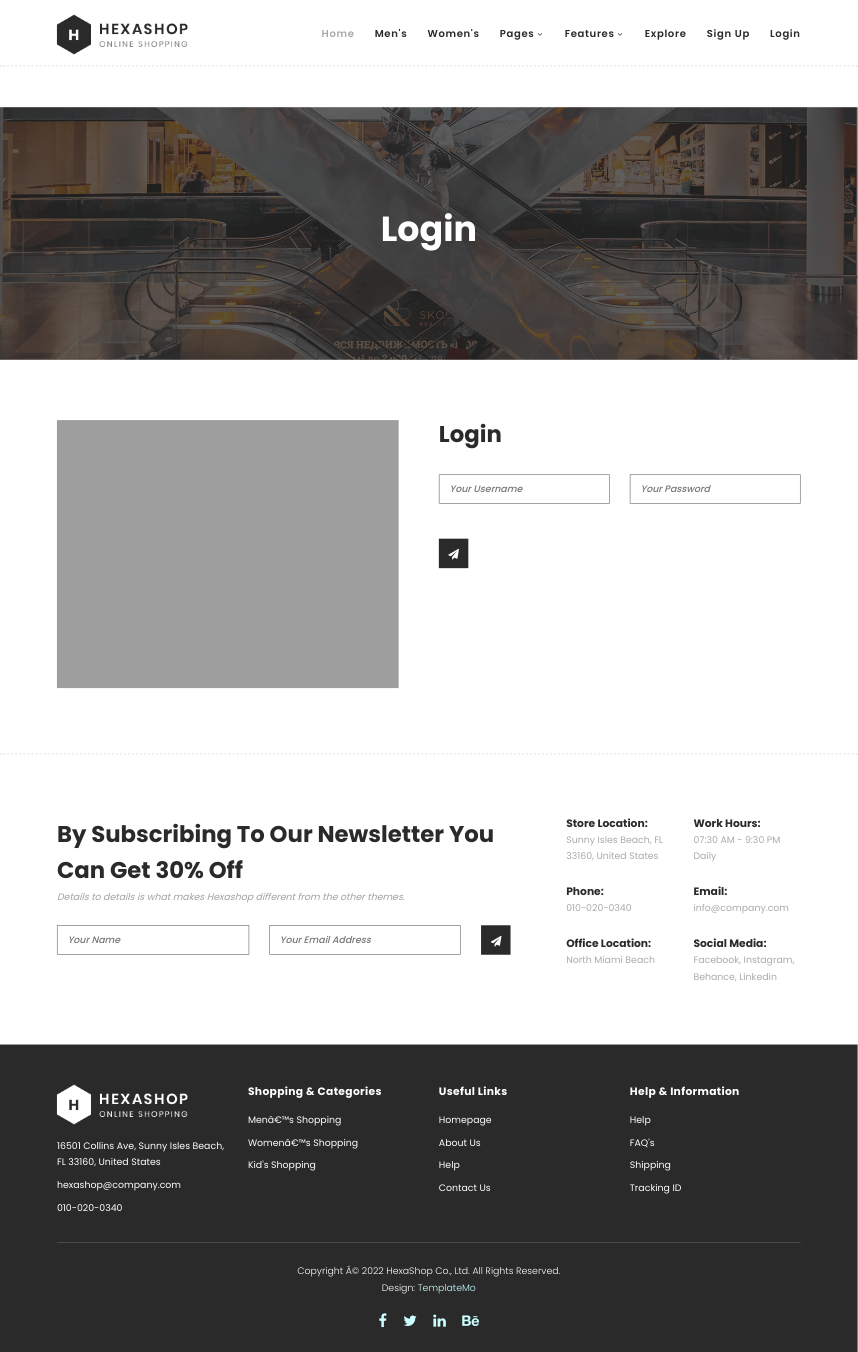
Repository: anmoltrivedi2111/JAVA
Page: http://localhost/HexaShop/login.jsp
An editor plug-in stored every save of this project. The page is shown before and after the next save, followed by the edit.
The browser window is 1280 px wide. The pictures show the whole page, at 67% of full size.
Pictures or frames that could not be fetched are drawn as grey boxes. The page is served by Tomcat 9. Other server files are loaded and not shown.

Above is the page before, as saved 2025-05-21 05:44:15.
Console error: TypeError: Cannot read properties of undefined (reading 'top')

### eclipse-workspace/HexaShop/src/main/webapp/login.jsp
<!DOCTYPE html>
<html lang="en">

<%@ include file="header.jsp" %>

    <!-- ***** Main Banner Area Start ***** -->
    <div class="page-heading about-page-heading" id="top">
        <div class="container">
            <div class="row">
                <div class="col-lg-12">
                    <div class="inner-content">
                        <h2>Login</h2>

                    </div>
                </div>
            </div>
        </div>
    </div>
    <!-- ***** Main Banner Area End ***** -->

    <!-- ***** Contact Area Starts ***** -->
    <div class="contact-us">
        <div class="container">
            <div class="row">
                <div class="col-lg-6">
                    <div id="map">
                      <iframe src="https://www.google.com/maps/embed?pb=!1m18!1m12!1m3!1d90186.37207676383!2d-80.13495239500924!3d25.9317678710111!2m3!1f0!2f0!3f0!3m2!1i1024!2i768!4f13.1!3m3!1m2!1s0x88d9ad1877e4a82d%3A0xa891714787d1fb5e!2sPier%20Park!5e1!3m2!1sen!2sth!4v1637512439384!5m2!1sen!2sth" width="100%" height="400px" frameborder="0" style="border:0" allowfullscreen></iframe>
                      <!-- You can simply copy and paste "Embed a map" code from Google Maps for any location. -->

                    </div>
                </div>
                <div class="col-lg-6">
                    <div class="section-heading">
                        <h2>Login</h2>

                    </div>
                    <form id="contact" action="" method="post">
                        <div class="row">

                             <div class="col-lg-6">
                            <fieldset>
                              <input name="unm" type="text" id="email" placeholder="Your Username" required="">
                            </fieldset>
                            </div>
                            <br><br><br><br>
                             <div class="col-lg-6">
                            <fieldset>
                              <input name="pw" type="password" id="email" placeholder="Your Password" required="">
                            </fieldset>
                            </div>
                            <br><br><br><br>
                            <div class="col-lg-2">
                            <fieldset>
                              <button type="submit" id="form-submit" class="main-dark-button"><i class="fa fa-paper-plane"></i></button>
                            </fieldset>
                          </div>
                        </div>
                      </form>
                </div>
            </div>
        </div>
    </div>
    <!-- ***** Contact Area Ends ***** -->

    <!-- ***** Subscribe Area Starts ***** -->
    <div class="subscribe">
        <div class="container">
            <div class="row">
                <div class="col-lg-8">
                    <div class="section-heading">
                        <h2>By Subscribing To Our Newsletter You Can Get 30% Off</h2>
                        <span>Details to details is what makes Hexashop different from the other themes.</span>
                    </div>
                    <form id="subscribe" action="" method="get">
                        <div class="row">
                          <div class="col-lg-5">
                            <fieldset>
                              <input name="name" type="text" id="name" placeholder="Your Name" required="">
                            </fieldset>
                          </div>
                          <div class="col-lg-5">
                            <fieldset>
                              <input name="email" type="text" id="email" pattern="[^ @]*@[^ @]*" placeholder="Your Email Address" required="">
                            </fieldset>
                          </div>
                          <div class="col-lg-2">
                            <fieldset>
                              <button type="submit" id="form-submit" class="main-dark-button"><i class="fa fa-paper-plane"></i></button>
                            </fieldset>
                          </div>
                        </div>
                    </form>
                </div>
                <div class="col-lg-4">
                    <div class="row">
                        <div class="col-6">
                            <ul>
                                <li>Store Location:<br><span>Sunny Isles Beach, FL 33160, United States</span></li>
                                <li>Phone:<br><span>010-020-0340</span></li>
                                <li>Office Location:<br><span>North Miami Beach</span></li>
                            </ul>
                        </div>
                        <div class="col-6">
                            <ul>
                                <li>Work Hours:<br><span>07:30 AM - 9:30 PM Daily</span></li>
                                <li>Email:<br><span>info@company.com</span></li>
                                <li>Social Media:<br><span><a href="#">Facebook</a>, <a href="#">Instagram</a>, <a href="#">Behance</a>, <a href="#">Linkedin</a></span></li>
                            </ul>
                        </div>
                    </div>
                </div>
            </div>
        </div>
    </div>
    <!-- ***** Subscribe Area Ends ***** -->

 <%@include file="footer.jsp" %>

    <!-- jQuery -->
    <script src="assets/js/jquery-2.1.0.min.js"></script>

    <!-- Bootstrap -->
    <script src="assets/js/popper.js"></script>
    <script src="assets/js/bootstrap.min.js"></script>

    <!-- Plugins -->
    <script src="assets/js/owl-carousel.js"></script>
    <script src="assets/js/accordions.js"></script>
    <script src="assets/js/datepicker.js"></script>
    <script src="assets/js/scrollreveal.min.js"></script>
    <script src="assets/js/waypoints.min.js"></script>
    <script src="assets/js/jquery.counterup.min.js"></script>
    <script src="assets/js/imgfix.min.js"></script>
    <script src="assets/js/slick.js"></script>
    <script src="assets/js/lightbox.js"></script>
    <script src="assets/js/isotope.js"></script>

    <!-- Global Init -->
    <script src="assets/js/custom.js"></script>

    <script>

        $(function() {
            var selectedClass = "";
            $("p").click(function(){
            selectedClass = $(this).attr("data-rel");
            $("#portfolio").fadeTo(50, 0.1);
                $("#portfolio div").not("."+selectedClass).fadeOut();
            setTimeout(function() {
              $("."+selectedClass).fadeIn();
              $("#portfolio").fadeTo(50, 1);
            }, 500);

            });
        });

    </script>

  </body>

</html>

### eclipse-workspace/HexaShop/src/main/webapp/header.jsp
  <head>

    <meta charset="utf-8">
    <meta name="viewport" content="width=device-width, initial-scale=1, shrink-to-fit=no">
    <meta name="description" content="">
    <meta name="author" content="">
    <link href="https://fonts.googleapis.com/css?family=Poppins:100,200,300,400,500,600,700,800,900&display=swap" rel="stylesheet">

    <title>Hexashop Ecommerce HTML CSS Template</title>


    <!-- Additional CSS Files -->
    <link rel="stylesheet" type="text/css" href="assets/css/bootstrap.min.css">

    <link rel="stylesheet" type="text/css" href="assets/css/font-awesome.css">

    <link rel="stylesheet" href="assets/css/templatemo-hexashop.css">

    <link rel="stylesheet" href="assets/css/owl-carousel.css">

    <link rel="stylesheet" href="assets/css/lightbox.css">
<!--

TemplateMo 571 Hexashop

https://templatemo.com/tm-571-hexashop

-->
    </head>

    <body>

    <!-- ***** Preloader Start ***** -->
    <div id="preloader">
        <div class="jumper">
            <div></div>
            <div></div>
            <div></div>
        </div>
    </div>
    <!-- ***** Preloader End ***** -->


    <!-- ***** Header Area Start ***** -->
    <header class="header-area header-sticky">
        <div class="container">
            <div class="row">
                <div class="col-12">
                    <nav class="main-nav">
                        <!-- ***** Logo Start ***** -->
                        <a href="index.jsp" class="logo">
                            <img src="assets/images/logo.png">
                        </a>
                        <!-- ***** Logo End ***** -->
                        <!-- ***** Menu Start ***** -->
                        <ul class="nav">
                            <li class="scroll-to-section"><a href="#top" class="active">Home</a></li>
                            <li class="scroll-to-section"><a href="#men">Men's</a></li>
                            <li class="scroll-to-section"><a href="#women">Women's</a></li>

                            <li class="submenu">
                                <a href="javascript:;">Pages</a>
                                <ul>
                                    <li><a href="about.jsp">About Us</a></li>
                                    <li><a href="products.jsp">Products</a></li>
                                    <li><a href="single-product.jsp">Single Product</a></li>
                                    <li><a href="contact.jsp">Contact Us</a></li>
                                </ul>
                            </li>

                            <li class="submenu">
                                <a href="javascript:;">Features</a>
                                <ul>
                                    <li><a href="#">Features Page 1</a></li>
                                    <li><a href="#">Features Page 2</a></li>
                                    <li><a href="#">Features Page 3</a></li>
                                    <li><a rel="nofollow" href="https://templatemo.com/page/4" target="_blank">Template Page 4</a></li>
                                </ul>
                            </li>
                            <li class="scroll-to-section"><a href="#explore">Explore</a></li>
                            <li class=""><a href="Signup.jsp">Sign Up</a></li>
                            <li class=""><a href="login.jsp">Login</a></li>
                        </ul>
                        <a class='menu-trigger'>
                            <span>Menu</span>
                        </a>
                        <!-- ***** Menu End ***** -->
                    </nav>
                </div>
            </div>
        </div>
    </header>
    <!-- ***** Header Area End ***** -->

### eclipse-workspace/HexaShop/src/main/webapp/footer.jsp
   <!-- ***** Footer Start ***** -->
    <footer>
        <div class="container">
            <div class="row">
                <div class="col-lg-3">
                    <div class="first-item">
                        <div class="logo">
                            <img src="assets/images/white-logo.png" alt="hexashop ecommerce templatemo">
                        </div>
                        <ul>
                            <li><a href="#">16501 Collins Ave, Sunny Isles Beach, FL 33160, United States</a></li>
                            <li><a href="#">hexashop@company.com</a></li>
                            <li><a href="#">010-020-0340</a></li>
                        </ul>
                    </div>
                </div>
                <div class="col-lg-3">
                    <h4>Shopping &amp; Categories</h4>
                    <ul>
                        <li><a href="#">Men’s Shopping</a></li>
                        <li><a href="#">Women’s Shopping</a></li>
                        <li><a href="#">Kid's Shopping</a></li>
                    </ul>
                </div>
                <div class="col-lg-3">
                    <h4>Useful Links</h4>
                    <ul>
                        <li><a href="#">Homepage</a></li>
                        <li><a href="#">About Us</a></li>
                        <li><a href="#">Help</a></li>
                        <li><a href="#">Contact Us</a></li>
                    </ul>
                </div>
                <div class="col-lg-3">
                    <h4>Help &amp; Information</h4>
                    <ul>
                        <li><a href="#">Help</a></li>
                        <li><a href="#">FAQ's</a></li>
                        <li><a href="#">Shipping</a></li>
                        <li><a href="#">Tracking ID</a></li>
                    </ul>
                </div>
                <div class="col-lg-12">
                    <div class="under-footer">
                        <p>Copyright © 2022 HexaShop Co., Ltd. All Rights Reserved.

                        <br>Design: <a href="https://templatemo.com" target="_parent" title="free css templates">TemplateMo</a></p>
                        <ul>
                            <li><a href="#"><i class="fa fa-facebook"></i></a></li>
                            <li><a href="#"><i class="fa fa-twitter"></i></a></li>
                            <li><a href="#"><i class="fa fa-linkedin"></i></a></li>
                            <li><a href="#"><i class="fa fa-behance"></i></a></li>
                        </ul>
                    </div>
                </div>
            </div>
        </div>
    </footer>

### eclipse-workspace/HexaShop/src/main/webapp/assets/css/owl-carousel.css
/**
 * Owl Carousel v2.3.4
 * Copyright 2013-2018 David Deutsch
 * Licensed under: SEE LICENSE IN https://github.com/OwlCarousel2/OwlCarousel2/blob/master/LICENSE
 */
/*
 *  Owl Carousel - Core
 */
.owl-carousel {
  display: none;
  width: 100%;
  -webkit-tap-highlight-color: transparent;
  /* position relative and z-index fix webkit rendering fonts issue */
  position: relative;
  z-index: 1; }
  .owl-carousel .owl-stage {
    position: relative;
    -ms-touch-action: pan-Y;
    touch-action: manipulation;
    -moz-backface-visibility: hidden;
    /* fix firefox animation glitch */ }
  .owl-carousel .owl-stage:after {
    content: ".";
    display: block;
    clear: both;
    visibility: hidden;
    line-height: 0;
    height: 0; }
  .owl-carousel .owl-stage-outer {
    position: relative;
    overflow: hidden;
    /* fix for flashing background */
    -webkit-transform: translate3d(0px, 0px, 0px); }
  .owl-carousel .owl-wrapper,
  .owl-carousel .owl-item {
    -webkit-backface-visibility: hidden;
    -moz-backface-visibility: hidden;
    -ms-backface-visibility: hidden;
    -webkit-transform: translate3d(0, 0, 0);
    -moz-transform: translate3d(0, 0, 0);
    -ms-transform: translate3d(0, 0, 0); }
  .owl-carousel .owl-item {
    position: relative;
    min-height: 1px;
    float: left;
    -webkit-backface-visibility: hidden;
    -webkit-tap-highlight-color: transparent;
    -webkit-touch-callout: none; }
  .owl-carousel .owl-item img {
    display: block;
    width: 100%; }
  .owl-carousel .owl-nav.disabled,
  .owl-carousel .owl-dots.disabled {
    display: none; }
  .owl-carousel .owl-nav .owl-prev,
  .owl-carousel .owl-nav .owl-next,
  .owl-carousel .owl-dot {
    cursor: pointer;
    -webkit-user-select: none;
    -khtml-user-select: none;
    -moz-user-select: none;
    -ms-user-select: none;
    user-select: none; }
  .owl-carousel .owl-nav button.owl-prev,
  .owl-carousel .owl-nav button.owl-next,
  .owl-carousel button.owl-dot {
    background: none;
    color: inherit;
    border: none;
    padding: 0 !important;
    font: inherit; }
  .owl-carousel.owl-loaded {
    display: block; }
  .owl-carousel.owl-loading {
    opacity: 0;
    display: block; }
  .owl-carousel.owl-hidden {
    opacity: 0; }
  .owl-carousel.owl-refresh .owl-item {
    visibility: hidden; }
  .owl-carousel.owl-drag .owl-item {
    -ms-touch-action: pan-y;
        touch-action: pan-y;
    -webkit-user-select: none;
    -moz-user-select: none;
    -ms-user-select: none;
    user-select: none; }
  .owl-carousel.owl-grab {
    cursor: move;
    cursor: grab; }
  .owl-carousel.owl-rtl {
    direction: rtl; }
  .owl-carousel.owl-rtl .owl-item {
    float: right; }

/* No Js */
.no-js .owl-carousel {
  display: block; }

/*
 *  Owl Carousel - Animate Plugin
 */
.owl-carousel .animated {
  animation-duration: 1000ms;
  animation-fill-mode: both; }

.owl-carousel .owl-animated-in {
  z-index: 0; }

.owl-carousel .owl-animated-out {
  z-index: 1; }

.owl-carousel .fadeOut {
  animation-name: fadeOut; }

@keyframes fadeOut {
  0% {
    opacity: 1; }
  100% {
    opacity: 0; } }

/*
 * 	Owl Carousel - Auto Height Plugin
 */
.owl-height {
  transition: height 500ms ease-in-out; }

/*
 * 	Owl Carousel - Lazy Load Plugin
 */
.owl-carousel .owl-item {
  /**
			This is introduced due to a bug in IE11 where lazy loading combined with autoheight plugin causes a wrong
			calculation of the height of the owl-item that breaks page layouts
		 */ }
  .owl-carousel .owl-item .owl-lazy {
    opacity: 0;
    transition: opacity 400ms ease; }
  .owl-carousel .owl-item .owl-lazy[src^=""], .owl-carousel .owl-item .owl-lazy:not([src]) {
    max-height: 0; }
  .owl-carousel .owl-item img.owl-lazy {
    transform-style: preserve-3d; }

/*
 * 	Owl Carousel - Video Plugin
 */
.owl-carousel .owl-video-wrapper {
  position: relative;
  height: 100%;
  background: #000; }

.owl-carousel .owl-video-play-icon {
  position: absolute;
  height: 80px;
  width: 80px;
  left: 50%;
  top: 50%;
  margin-left: -40px;
  margin-top: -40px;
  background: url("owl.video.play.png") no-repeat;
  cursor: pointer;
  z-index: 1;
  -webkit-backface-visibility: hidden;
  transition: transform 100ms ease; }

.owl-carousel .owl-video-play-icon:hover {
  -ms-transform: scale(1.3, 1.3);
      transform: scale(1.3, 1.3); }

.owl-carousel .owl-video-playing .owl-video-tn,
.owl-carousel .owl-video-playing .owl-video-play-icon {
  display: none; }

.owl-carousel .owl-video-tn {
  opacity: 0;
  height: 100%;
  background-position: center center;
  background-repeat: no-repeat;
  background-size: contain;
  transition: opacity 400ms ease; }

.owl-carousel .owl-video-frame {
  position: relative;
  z-index: 1;
  height: 100%;
  width: 100%; }

Loaded but not shown: eclipse-workspace/HexaShop/src/main/webapp/assets/css/bootstrap.min.css (library); eclipse-workspace/HexaShop/src/main/webapp/assets/css/font-awesome.css (library); eclipse-workspace/HexaShop/src/main/webapp/assets/css/lightbox.css (library); eclipse-workspace/HexaShop/src/main/webapp/assets/js/jquery-2.1.0.min.js (library); eclipse-workspace/HexaShop/src/main/webapp/assets/js/popper.js (library); eclipse-workspace/HexaShop/src/main/webapp/assets/js/bootstrap.min.js (library); eclipse-workspace/HexaShop/src/main/webapp/assets/js/accordions.js (library); eclipse-workspace/HexaShop/src/main/webapp/assets/js/scrollreveal.min.js (library); eclipse-workspace/HexaShop/src/main/webapp/assets/js/waypoints.min.js (library); eclipse-workspace/HexaShop/src/main/webapp/assets/js/jquery.counterup.min.js (common file); eclipse-workspace/HexaShop/src/main/webapp/assets/js/imgfix.min.js (library); eclipse-workspace/HexaShop/src/main/webapp/assets/js/slick.js (library); eclipse-workspace/HexaShop/src/main/webapp/assets/js/lightbox.js (library); eclipse-workspace/HexaShop/src/main/webapp/assets/js/isotope.js (library); eclipse-workspace/HexaShop/src/main/webapp/assets/js/owl-carousel.js (3448 lines, source omitted); eclipse-workspace/HexaShop/src/main/webapp/assets/js/datepicker.js (1671 lines, source omitted); eclipse-workspace/HexaShop/src/main/webapp/assets/js/custom.js (188 lines, source omitted); eclipse-workspace/HexaShop/src/main/webapp/assets/css/templatemo-hexashop.css (2379 lines, source omitted)

After the next save:
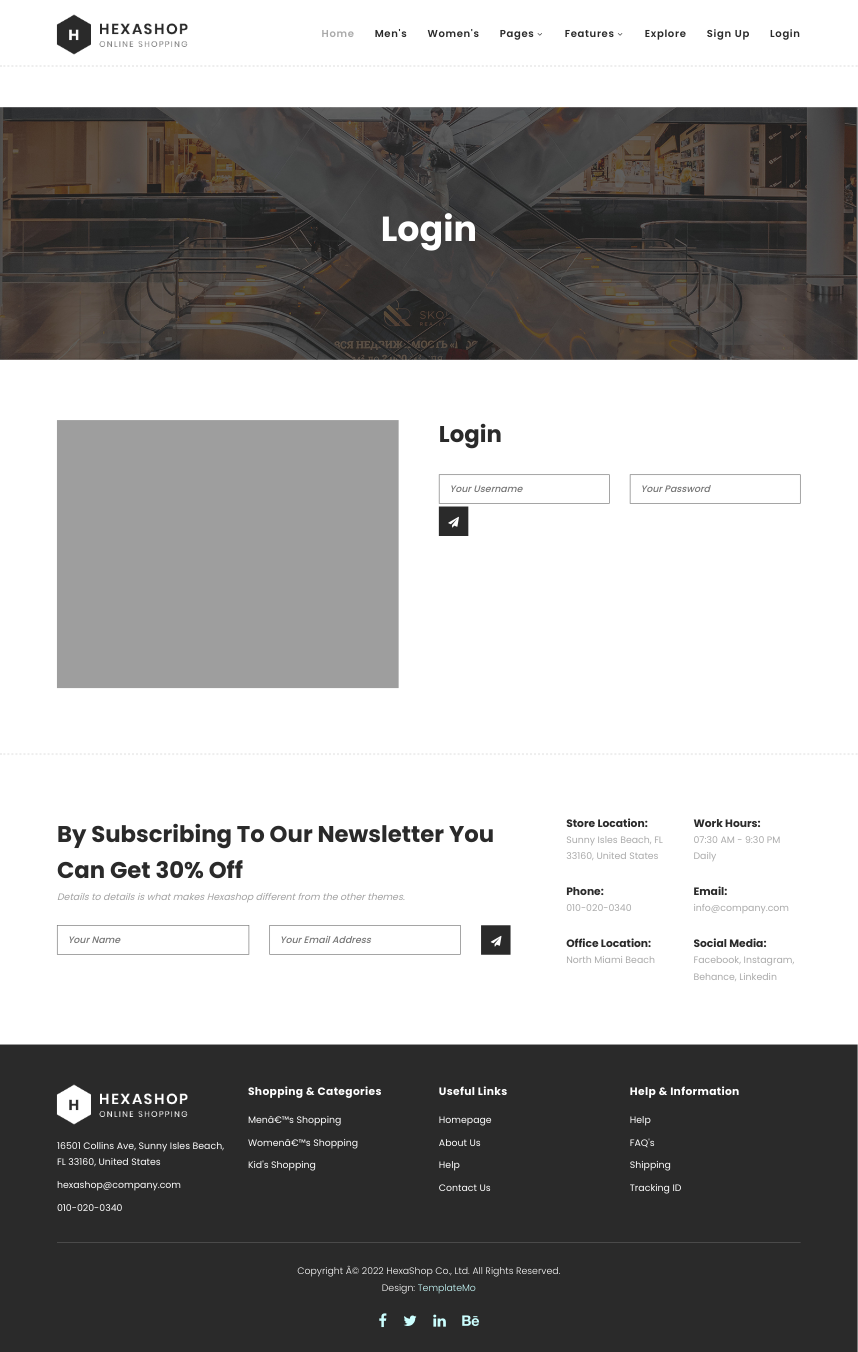
Saved 81 s later.
--- a/eclipse-workspace/HexaShop/src/main/webapp/login.jsp
+++ b/eclipse-workspace/HexaShop/src/main/webapp/login.jsp
@@ -42,13 +42,13 @@
                               <input name="unm" type="text" id="email" placeholder="Your Username" required="">
                             </fieldset>
                             </div>
-                            <br><br><br><br>
+                            <br><br>
                              <div class="col-lg-6">
                             <fieldset>
                               <input name="pw" type="password" id="email" placeholder="Your Password" required="">
                             </fieldset>
                             </div>
-                            <br><br><br><br>
+                            <br><br>
                             <div class="col-lg-2">
                             <fieldset>
                               <button type="submit" id="form-submit" class="main-dark-button"><i class="fa fa-paper-plane"></i></button>
